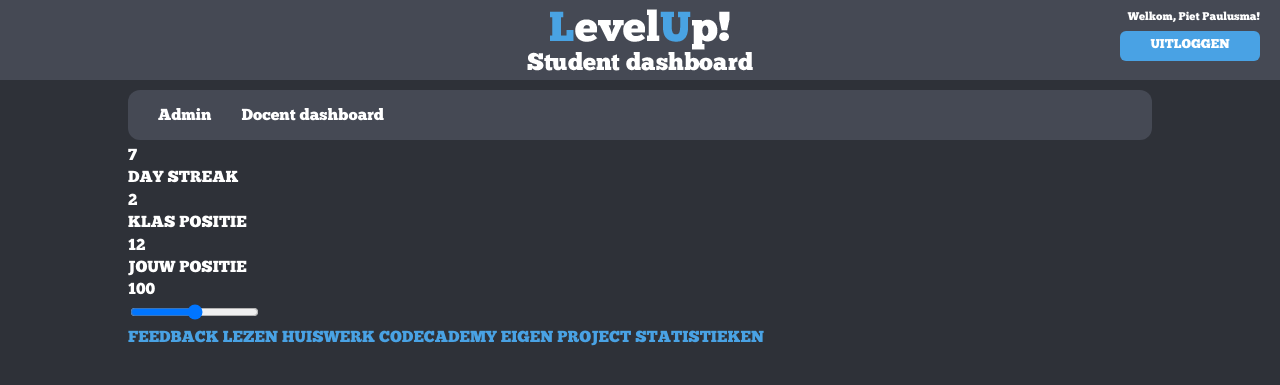
Repository: boblanckenburg/levelup
Page: website/src/index.html
An editor plug-in stored every save of this project. The page is shown before and after the next save, followed by the edit.
The browser window is 1280 px wide. The pictures show the whole page.

Above is the page before, as saved 2014-10-07 15:01:06.

After the next save:
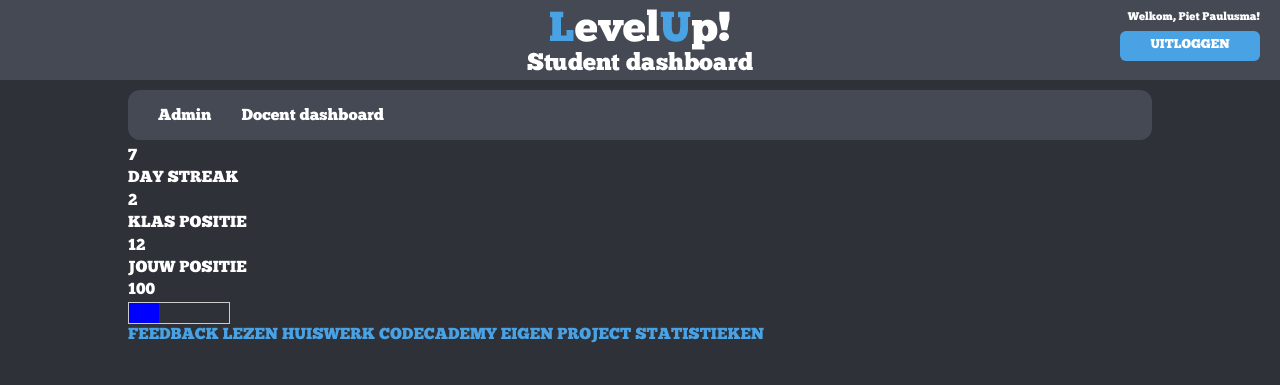
Saved 5 min 50 s later.
--- a/website/src/index.html
+++ b/website/src/index.html
@@ -51,8 +51,9 @@
 						<div class="score">100</div>
 					</div>
 
-					<input type="range" min="0" max="100" value="50" step="1" onchange="rangevalue.value=value" />
-    				<output id="rangevalue"></output>
+					<div id="progress" style="position:relative; width:100px; height:20px; border:1px solid #cccccc;">
+					   <p style="position:absolute; left:0; top:0; background-color:#0000ff; height:100%; width:30%; font-size:0px;">&nbsp;</p>
+					</div>
 				</section>
 
 				<section class="actionbar">
